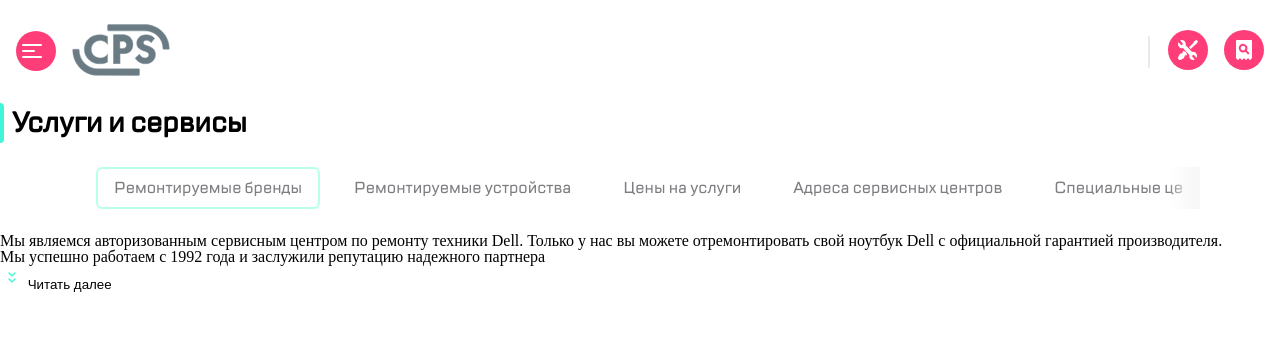
Repository: sem1103/bem
Page: index.html
The author's editor kept a copy of each file at every save. The page is drawn from the files as they stood at one save, then again after the next save.
The browser window is 1280 px wide. The pictures show the whole page.

Above is the page before, as saved 2023-12-27 18:26:24.

### index.html
<!DOCTYPE html>
<html lang="en">
<head>
    <meta charset="UTF-8">
    <meta name="viewport" content="width=device-width, initial-scale=1.0">
    <title>CPS</title>
    <link rel="stylesheet" href="styles/reset.css">
    <link rel="stylesheet" href="styles/main.css">
</head>
<body>
    <div id="page" >
        <header>
            <nav>
                <div class="burger">
                    <button class="burger__btn ">
                        <span></span>
                        <span></span>
                        <span></span>
                    </button>
                </div>

                <div class="burger-menu">

                    <ul class="burger-menu__list">
                        <li><a href="">Главная</a></li>
                        <li><a href="">Услуги и сервисы</a></li>
                        <li><a href="">Контакты</a></li>
                        <li><a href="">
                            <svg xmlns="http://www.w3.org/2000/svg" width="40" height="40" viewBox="0 0 40 40" fill="none">
                                <rect width="40" height="40" rx="20" fill="#FF3E79"/>
                                <path fill-rule="evenodd" clip-rule="evenodd" d="M12.7602 23.25L15.3002 22.96C15.9102 22.89 16.5102 23.1 16.9402 23.53L18.7802 25.37C21.6102 23.93 23.9302 21.62 25.3702 18.78L23.5202 16.93C23.0902 16.5 22.8802 15.9 22.9502 15.29L23.2402 12.77C23.3602 11.76 24.2102 11 25.2302 11H26.9602C28.0902 11 29.0302 11.94 28.9602 13.07C28.4302 21.61 21.6002 28.43 13.0702 28.96C11.9402 29.03 11.0002 28.09 11.0002 26.96V25.23C10.9902 24.22 11.7502 23.37 12.7602 23.25Z" fill="white"/>
                              </svg>
                        </a></li>
                        <li><a href="">
                            <svg xmlns="http://www.w3.org/2000/svg" width="40" height="40" viewBox="0 0 40 40" fill="none">
                                <rect width="40" height="40" rx="20" fill="#FF3E79"/>
                                <path fill-rule="evenodd" clip-rule="evenodd" d="M28 11H12C10.9 11 10.01 11.9 10.01 13L10 31L14 26H28C29.1 26 30 25.1 30 24V13C30 11.9 29.1 11 28 11ZM21 22H15C14.45 22 14 21.55 14 21C14 20.45 14.45 20 15 20H21C21.55 20 22 20.45 22 21C22 21.55 21.55 22 21 22ZM25 17H15C14.45 17 14 16.55 14 16C14 15.45 14.45 15 15 15H25C25.55 15 26 15.45 26 16C26 16.55 25.55 17 25 17Z" fill="white"/>
                                <mask id="mask0_0_1880" style="mask-type:luminance" maskUnits="userSpaceOnUse" x="10" y="11" width="20" height="20">
                                  <path fill-rule="evenodd" clip-rule="evenodd" d="M28 11H12C10.9 11 10.01 11.9 10.01 13L10 31L14 26H28C29.1 26 30 25.1 30 24V13C30 11.9 29.1 11 28 11ZM21 22H15C14.45 22 14 21.55 14 21C14 20.45 14.45 20 15 20H21C21.55 20 22 20.45 22 21C22 21.55 21.55 22 21 22ZM25 17H15C14.45 17 14 16.55 14 16C14 15.45 14.45 15 15 15H25C25.55 15 26 15.45 26 16C26 16.55 25.55 17 25 17Z" fill="white"/>
                                </mask>
                                <g mask="url(#mask0_0_1880)">
                                </g>
                              </svg>
                        </a></li>
                        <li><a href="">
                            <svg xmlns="http://www.w3.org/2000/svg" width="40" height="40" viewBox="0 0 40 40" fill="none">
                                <rect width="40" height="40" rx="20" fill="#FF3E79"/>
                                <path d="M20.5 19C22.9853 19 25 16.9853 25 14.5C25 12.0147 22.9853 10 20.5 10C18.0147 10 16 12.0147 16 14.5C16 16.9853 18.0147 19 20.5 19Z" fill="white"/>
                                <path d="M10.0166 26.6118C9.88693 27.3412 10.5352 28 11.339 28H28.6604C29.4902 28 30.1125 27.3412 29.9829 26.6118C29.2309 22.4 25.0561 20 19.9997 20C14.9433 20 10.7686 22.4 10.0166 26.6118Z" fill="white"/>
                              </svg>
                        </a></li>
                    </ul>
                </div>

                <div class="logo">
                    <svg class="logo__item" xmlns="http://www.w3.org/2000/svg" width="98" height="52" viewBox="0 0 98 52" fill="none">
                        <path fill-rule="evenodd" clip-rule="evenodd" d="M36.5703 0.592529C36.018 0.592529 35.5703 1.04024 35.5703 1.59253V5.86748C35.5703 6.41977 36.018 6.86748 36.5703 6.86748H72.8973C83.0242 6.86748 90.9777 14.6641 90.9777 24.757C90.9777 25.0425 91.2092 25.274 91.4948 25.274H96.757C97.0425 25.274 97.274 25.0425 97.274 24.757C97.274 11.2677 86.432 0.592529 72.8973 0.592529H36.5703Z" fill="#6B7B84" stroke="#80949F" stroke-width="0.5"/>
                        <path fill-rule="evenodd" clip-rule="evenodd" d="M7.10682 25.7122C7.10682 25.4702 6.91059 25.2739 6.66853 25.2739H1.16436C0.922303 25.2739 0.726074 25.4702 0.726074 25.7122C0.726074 39.3616 10.9493 50.6311 24.1687 51.3686L66.5104 51.4064C67.063 51.4069 67.5113 50.959 67.5113 50.4064V45.8267C67.5113 45.2745 67.0635 44.8267 66.5113 44.8267H25.6265C15.3903 44.7984 7.10682 36.283 7.10682 25.7122Z" fill="#6B7B84" stroke="#80949F" stroke-width="0.5"/>
                        <path fill-rule="evenodd" clip-rule="evenodd" d="M28.1415 39.7924C30.8803 39.7924 33.1616 39.2603 35.4149 38.1655L35.5704 38.0199V30.1855L34.7273 31.2649C33.1049 33.0378 30.9259 34.0137 28.4608 34.0137C23.8692 34.0137 19.2575 31.0459 19.2575 25.3738C19.2575 21.0874 22.4381 16.532 28.2993 16.532C29.4688 16.532 32.313 16.8085 34.7232 19.368L35.5704 20.4117V12.6127L35.4218 12.4653C33.1258 11.3147 30.7843 10.7554 28.1137 10.7554C23.5467 10.7554 19.9821 11.9577 17.1438 14.4289C15.3435 15.9777 12.3408 19.4485 12.3408 25.2923C12.3408 29.6131 13.8793 32.9875 17.1669 35.9144C20.2252 38.5962 23.6163 39.7924 28.1415 39.7924Z" fill="#6B7B84"/>
                        <path d="M28.1415 39.7924C30.8803 39.7924 33.1616 39.2603 35.4149 38.1655L35.5704 38.0199V30.1855L34.7273 31.2649C33.1049 33.0378 30.9259 34.0137 28.4608 34.0137C23.8692 34.0137 19.2575 31.0459 19.2575 25.3738C19.2575 21.0874 22.4381 16.532 28.2993 16.532C29.4688 16.532 32.313 16.8085 34.7232 19.368L35.5704 20.4117V12.6127L35.4218 12.4653C33.1258 11.3147 30.7843 10.7554 28.1137 10.7554C23.5467 10.7554 19.9821 11.9577 17.1438 14.4289C15.3435 15.9777 12.3408 19.4485 12.3408 25.2923C12.3408 29.6131 13.8793 32.9875 17.1669 35.9144C20.2252 38.5962 23.6163 39.7924 28.1415 39.7924" stroke="#80949F" stroke-width="0.5"/>
                        <path fill-rule="evenodd" clip-rule="evenodd" d="M47.9111 17.2888H49.2755C50.5269 17.2888 51.9533 17.3571 53.0328 18.093C53.56 18.4695 54.4445 19.3412 54.4445 20.9246C54.4445 22.0946 53.9274 23.1437 53.0734 23.7984C51.9783 24.5932 50.6768 24.5476 49.6309 24.5476H47.9111V17.2888ZM50.977 29.8179C54.2084 29.8179 56.7377 28.8858 58.4943 27.1298C60.655 24.9735 60.9779 22.0073 60.9779 20.4435C60.9779 18.7703 60.5813 15.5066 57.9212 13.1435C55.7407 11.2328 53.4142 10.7554 50.1324 10.7554H41.3779V39.7924H48.0365V29.8179H50.977Z" fill="#6B7B84"/>
                        <path d="M47.9111 17.2888V17.0388H47.6611V17.2888H47.9111ZM53.0328 18.093L53.1782 17.8895L53.1736 17.8864L53.0328 18.093ZM53.0734 23.7984L53.2203 24.0007L53.2254 23.9968L53.0734 23.7984ZM47.9111 24.5476H47.6611V24.7976H47.9111V24.5476ZM58.4943 27.1298L58.3177 26.9529L58.3175 26.953L58.4943 27.1298ZM57.9212 13.1435L58.0872 12.9566L58.086 12.9555L57.9212 13.1435ZM41.3779 10.7554V10.5054H41.1279V10.7554H41.3779ZM41.3779 39.7924H41.1279V40.0424H41.3779V39.7924ZM48.0365 39.7924V40.0424H48.2865V39.7924H48.0365ZM48.0365 29.8179V29.5679H47.7865V29.8179H48.0365ZM47.9111 17.5388H49.2755V17.0388H47.9111V17.5388ZM49.2755 17.5388C50.5326 17.5388 51.8839 17.6123 52.892 18.2995L53.1736 17.8864C52.0227 17.1019 50.5212 17.0388 49.2755 17.0388V17.5388ZM52.8875 18.2964C53.3751 18.6447 54.1945 19.4495 54.1945 20.9246H54.6945C54.6945 19.233 53.7448 18.2943 53.1782 17.8895L52.8875 18.2964ZM54.1945 20.9246C54.1945 22.0205 53.7107 22.9948 52.9213 23.5999L53.2254 23.9968C54.1441 23.2926 54.6945 22.1687 54.6945 20.9246H54.1945ZM52.9265 23.596C51.9091 24.3345 50.6971 24.2976 49.6309 24.2976V24.7976C50.6564 24.7976 52.0475 24.8519 53.2202 24.0007L52.9265 23.596ZM49.6309 24.2976H47.9111V24.7976H49.6309V24.2976ZM48.1611 24.5476V17.2888H47.6611V24.5476H48.1611ZM50.977 30.0679C54.2568 30.0679 56.8563 29.1207 58.671 27.3066L58.3175 26.953C56.6191 28.6509 54.1599 29.5679 50.977 29.5679V30.0679ZM58.6709 27.3068C60.9029 25.0793 61.2279 22.0287 61.2279 20.4435H60.7279C60.7279 21.9859 60.407 24.8678 58.3177 26.9529L58.6709 27.3068ZM61.2279 20.4435C61.2279 18.7422 60.8263 15.3898 58.0872 12.9566L57.7552 13.3304C60.3363 15.6233 60.7279 18.7983 60.7279 20.4435H61.2279ZM58.086 12.9555C55.84 10.9874 53.4417 10.5054 50.1324 10.5054V11.0054C53.3867 11.0054 55.6415 11.4782 57.7564 13.3315L58.086 12.9555ZM50.1324 10.5054H41.3779V11.0054H50.1324V10.5054ZM41.1279 10.7554V39.7924H41.6279V10.7554H41.1279ZM41.3779 40.0424H48.0365V39.5424H41.3779V40.0424ZM48.2865 39.7924V29.8179H47.7865V39.7924H48.2865ZM48.0365 30.0679H50.977V29.5679H48.0365V30.0679Z" fill="#80949F"/>
                        <path fill-rule="evenodd" clip-rule="evenodd" d="M80.953 24.4687C79.5053 23.1861 77.4846 22.4425 75.1911 21.6713C73.5569 21.1027 72.6565 20.7894 72.0562 20.2421C71.5824 19.8399 71.3712 19.4033 71.3712 18.8262C71.3712 17.5622 72.2301 16.2113 74.6414 16.2113C76.2801 16.2113 77.6521 16.912 78.7197 18.293L79.1435 18.8414L82.6597 14.3656L82.3392 14.0445C80.1886 11.8924 77.3548 10.7554 74.1439 10.7554C67.6657 10.7554 64.7658 14.9699 64.7658 19.1468C64.7658 21.3882 65.5651 23.196 67.1367 24.5175C68.5437 25.7234 70.2595 26.3991 71.9054 26.9507L72.0914 27.0123C73.553 27.4954 75.0646 27.9954 75.9674 28.8034C76.5955 29.3805 76.8754 30.0076 76.8754 30.8367C76.8754 32.7368 75.379 34.0137 73.152 34.0137C71.3916 34.0137 69.0735 33.1508 67.8471 30.7296L67.5263 30.0953L63.1558 34.1411L63.4135 34.5056C64.8079 36.4801 67.9545 39.7924 73.3594 39.7924C79.3191 39.7924 83.4817 35.9608 83.4817 30.4751C83.4817 27.3374 82.1051 25.4752 80.953 24.4687Z" fill="#6B7B84"/>
                        <path d="M80.953 24.4687C79.5053 23.1861 77.4846 22.4425 75.1911 21.6713C73.5569 21.1027 72.6565 20.7894 72.0562 20.2421C71.5824 19.8399 71.3712 19.4033 71.3712 18.8262C71.3712 17.5622 72.2301 16.2113 74.6414 16.2113C76.2801 16.2113 77.6521 16.912 78.7197 18.293L79.1435 18.8414L82.6597 14.3656L82.3392 14.0445C80.1886 11.8924 77.3548 10.7554 74.1439 10.7554C67.6657 10.7554 64.7658 14.9699 64.7658 19.1468C64.7658 21.3882 65.5651 23.196 67.1367 24.5175C68.5437 25.7234 70.2595 26.3991 71.9054 26.9507L72.0914 27.0123C73.553 27.4954 75.0646 27.9954 75.9674 28.8034C76.5955 29.3805 76.8754 30.0076 76.8754 30.8367C76.8754 32.7368 75.379 34.0137 73.152 34.0137C71.3916 34.0137 69.0735 33.1508 67.8471 30.7296L67.5263 30.0953L63.1558 34.1411L63.4135 34.5056C64.8079 36.4801 67.9545 39.7924 73.3594 39.7924C79.3191 39.7924 83.4817 35.9608 83.4817 30.4751C83.4817 27.3374 82.1051 25.4752 80.953 24.4687" stroke="#80949F" stroke-width="0.5"/>
                      </svg>
                </div>

                <div class="right-nav">
                    <ul class="right-nav__list">
                        <li><a href="">
                            <svg xmlns="http://www.w3.org/2000/svg" width="40" height="40" viewBox="0 0 40 40" fill="none">
                                <rect width="40" height="40" rx="20" fill="#FF3E79"/>
                                <path d="M18.2581 23.4583L18.6668 23.0494L16.95 21.3322L16.5412 21.7411L16.3368 21.5367C16.0098 21.1687 15.6828 20.9643 15.3558 21.0052C15.1105 21.0052 14.9061 21.1687 14.7426 21.414C14.4973 21.8229 14.62 22.2726 14.6608 22.5588C14.6608 22.6406 14.7017 22.6815 14.7017 22.7632C14.7017 22.8859 14.7017 23.0494 14.4156 23.0903C14.0068 23.213 13.4754 23.3356 12.944 23.6218C12.2082 24.0307 11.7176 24.3987 11.4315 24.7666C9.91902 26.7291 10.0008 28.4055 10.0008 28.4872C10.0008 28.6099 10.0417 28.6917 10.1234 28.7325L11.2271 29.8773C11.3089 29.9591 11.3906 30 11.4724 30C11.4724 30 11.5133 30 11.595 30C12.0038 30 13.4754 29.9182 15.1922 28.569C15.5601 28.2828 15.928 27.7922 16.3368 27.0562C16.623 26.5656 16.7865 26.0341 16.8682 25.5844C16.95 25.2982 17.0726 25.2982 17.1953 25.2982C17.2361 25.2982 17.3179 25.339 17.3996 25.339C17.5631 25.3799 17.7267 25.4208 17.931 25.4208C18.1354 25.4208 18.3398 25.3799 18.5442 25.2573C18.7895 25.0937 18.953 24.8893 18.9939 24.644C19.0347 24.3169 18.8712 23.9898 18.5033 23.7036L18.2581 23.4583Z" fill="white"/>
                                <path d="M26.884 14.8784L28.0188 14.326C28.0609 14.2835 28.1449 14.241 28.1869 14.1986L29.9101 11.8616C30.0362 11.6916 30.0362 11.4367 29.8681 11.3092L28.6913 10.1195C28.5652 9.99199 28.313 9.9495 28.1449 10.077L25.8333 11.8191C25.7913 11.8616 25.7493 11.9041 25.7072 11.989L25.1609 13.1363L21 17.2154L22.7652 19L26.884 14.8784Z" fill="white"/>
                                <path d="M27.8527 23.0448C26.8636 22.0036 25.4393 21.6288 24.0941 22.0036L17.6453 15.1733C17.7244 14.7985 17.764 14.4653 17.764 14.0905C17.764 13.0493 17.3683 12.0081 16.6166 11.2167C15.588 10.0923 14.045 9.71742 12.6207 10.2172C12.5416 10.2588 12.4229 10.3838 12.3833 10.5504C12.3833 10.6753 12.4229 10.8003 12.502 10.9252L14.4406 12.966C14.8758 13.4241 14.8758 14.2154 14.4406 14.6735C14.0054 15.1317 13.2537 15.1317 12.8185 14.6735L10.8799 12.6328C10.7612 12.5495 10.6425 12.5078 10.4843 12.5495C10.3656 12.5495 10.2469 12.6744 10.2073 12.7994C9.73256 14.2571 10.0886 15.8813 11.1173 16.9642C11.8294 17.7555 12.8581 18.172 13.8867 18.172C14.2032 18.172 14.5593 18.1303 14.8758 18.047L21.3642 24.8773C21.0082 26.2933 21.4038 27.7927 22.3533 28.8339C23.105 29.6252 24.0546 30 25.0832 30C25.5184 30 25.914 29.9167 26.3492 29.7918C26.4679 29.7501 26.5866 29.6252 26.6262 29.5002C26.6658 29.3753 26.6262 29.2087 26.5075 29.1254L24.5689 27.0846C24.3711 26.8764 24.2128 26.5432 24.2128 26.21C24.2128 25.8768 24.3315 25.5853 24.5689 25.3354C24.8063 25.0855 25.0832 24.9606 25.3997 24.9606C25.7162 24.9606 25.9932 25.0855 26.2306 25.3354L28.1692 27.3762C28.2879 27.4595 28.4065 27.5011 28.5252 27.5011C28.6439 27.4595 28.7626 27.3762 28.8022 27.2512C28.9209 26.8348 29 26.3766 29 25.9185C29 24.8356 28.6044 23.7944 27.8527 23.0448Z" fill="white"/>
                              </svg>
                        </a></li>

                        <li><a href="">
                            <svg xmlns="http://www.w3.org/2000/svg" width="40" height="40" viewBox="0 0 40 40" fill="none">
                                <rect width="40" height="40" rx="20" fill="#FF3E79"/>
                                <path fill-rule="evenodd" clip-rule="evenodd" d="M12 11C12 10.4477 12.4477 10 13 10H27C27.5523 10 28 10.4477 28 11V28.5C27.1716 28.5 26.5 29.1715 26.5 29.9999H25.5C25.5 29.1715 24.8284 28.5 24 28.5C23.1716 28.5 22.5 29.1715 22.5 29.9999H21.5C21.5 29.1715 20.8284 28.5 20 28.5C19.1716 28.5 18.5 29.1715 18.5 29.9999H17.5C17.5 29.1715 16.8284 28.5 16 28.5C15.1716 28.5 14.5 29.1715 14.5 29.9999H13.5C13.5 29.1715 12.8284 28.5 12 28.5V11ZM21.4163 21.7884C20.5536 22.3443 19.4703 22.5936 18.3296 22.3827C16.5274 22.0472 15.0895 20.5326 14.8595 18.7114C14.4952 15.8261 16.9492 13.4201 19.8538 13.8802C21.656 14.1677 23.1034 15.6439 23.4006 17.4365C23.5828 18.5484 23.3239 19.5741 22.7871 20.4272L24.896 22.5265C25.2699 22.9003 25.2699 23.5138 24.896 23.8876C24.5126 24.2711 23.8991 24.2711 23.5252 23.8972L21.4163 21.7884ZM16.7058 18.0588C16.7058 16.7599 17.7599 15.7058 19.0588 15.7058C20.3576 15.7058 21.4117 16.7599 21.4117 18.0588C21.4117 19.3576 20.3576 20.4117 19.0588 20.4117C17.7599 20.4117 16.7058 19.3576 16.7058 18.0588Z" fill="white"/>
                              </svg>
                        </a></li>
                    </ul>
                </div>
            </nav>
        </header>

        <main >
            <div class="title">
                <h1>
                    Услуги и сервисы
                </h1>
                <ul class="title__nav">
                    <li><a href=""></a></li>
                    <li><a href=""></a></li>
                </ul>
            </div>



            <div class="navigation container">
                <ul class="navigation__list">
                    <li><button class="navigation__item navigation__item_active">Ремонтируемые бренды</button></li>
                    <li><button class="navigation__item">Ремонтируемые устройства</button></li>
                    <li><button class="navigation__item">Цены на услуги</button></li>
                    <li><button class="navigation__item">Адреса сервисных центров</button></li>
                    <li><button class="navigation__item">Специальные цены</button></li>
                </ul>
            </div>

            <section class="content">
                <div class="content__text">
                    <p>Мы являемся авторизованным сервисным центром по ремонту техники Dell. Только у нас вы можете отремонтировать свой ноутбук Dell с официальной гарантией производителя.</p>
                    <p>
                        Мы успешно работаем с 1992 года и заслужили репутацию надежного партнера
                    </p>

                    <button class="content__more">
                        <svg xmlns="http://www.w3.org/2000/svg" width="24" height="24" viewBox="0 0 24 24" fill="none">
                            <path fill-rule="evenodd" clip-rule="evenodd" d="M14.5001 7.50008L12.0001 10.0001L9.50008 7.50008C9.22393 7.22393 8.77622 7.22393 8.50008 7.50008C8.22393 7.77622 8.22393 8.22393 8.50008 8.50008L11.293 11.293C11.6835 11.6835 12.3167 11.6835 12.7072 11.293L15.5001 8.50008C15.7762 8.22393 15.7762 7.77622 15.5001 7.50008C15.2239 7.22393 14.7762 7.22393 14.5001 7.50008ZM14.5001 13.5001L12.0001 16.0001L9.50008 13.5001C9.22393 13.2239 8.77622 13.2239 8.50008 13.5001C8.22393 13.7762 8.22393 14.2239 8.50008 14.5001L11.293 17.293C11.6835 17.6835 12.3167 17.6835 12.7072 17.293L15.5001 14.5001C15.7762 14.2239 15.7762 13.7762 15.5001 13.5001C15.2239 13.2239 14.7762 13.2239 14.5001 13.5001Z" fill="#41F6D7"/>
                          </svg>
                          Читать далее
                    </button>
                </div>

            </section>
        </main>

        <footer></footer>
    </div>
</body>
</html>

### styles/reset.css
:root{
    --green: #57aa32;
    --gray: #2e2d2c;
}
html{
    scroll-behavior: smooth;
}
html,
body,
div,
span,
applet,
object,
iframe,
h1,
h2,
h3,
h4,
h5,
h6,
p,
blockquote,
pre,
a,
abbr,
acronym,
address,
big,
cite,
code,
del,
dfn,
em,
img,
ins,
kbd,
q,
s,
samp,
small,
strike,
strong,
sub,
sup,
tt,
var,
b,
u,
i,
center,
dl,
dt,
dd,
ol,
ul,
li,
fieldset,
form,
label,
legend,
table,
caption,
tbody,
tfoot,
thead,
tr,
th,
td,
article,
aside,
canvas,
details,
embed,
figure,
figcaption,
footer,
header,
hgroup,
menu,
nav,
output,
ruby,
section,
summary,
time,
mark,
audio,
video {
    margin: 0;
    padding: 0;
    border: 0;
    font-size: 100%;
    font: inherit;
    vertical-align: baseline
}

article,
aside,
details,
figcaption,
figure,
footer,
header,
hgroup,
menu,
nav,
section {
    display: block
}

body {
    line-height: 1;
}

ol,
ul {
    list-style: none
}

blockquote,
q {
    quotes: none
}

blockquote:before,
blockquote:after,
q:before,
q:after {
    content: '';
    content: none
}

table {
    border-collapse: collapse;
    border-spacing: 0
}

a {
    text-decoration: none;
    color: #365edc;
    transition: all .3s ease-in-out
}

a:hover {
    color: #365edc;
}

* {
    box-sizing: border-box
}

main img{
    width: 100%;
    height: auto;
}

### styles/main.css
:root{
    --pink: #FF3E79;
}
@font-face {
    font-family: 'TT Lakes Medium';
    src: url('../fonts/TTLakes-Medium.eot');
    src: url('../fonts/TTLakes-Medium.eot?#iefix') format('embedded-opentype'),
    url('../fonts/TTLakes-Medium.woff') format('woff'),
    url('../fonts/TTLakes-Medium.ttf') format('truetype');
    font-weight: normal;
    font-style: normal;
    }
h1{
    font:700 28px/40px 'TT Lakes Medium';
    position: relative;
    padding: 0 0 0 12px;
}
h1::before{
    content: '';
    position: absolute;
    width: 4px;
    height: 100%;
    left: 0;
    background: #41F6D7;
    border-radius: 0 5px 5px 0;
}
.container{
    max-width: 1120px;
    margin: 0 auto;
    padding: 0 16px;
}
header{
    position: relative;
    padding: 24px 16px;
}
nav{
    display: flex;
    align-items: center;
}
nav > div:last-child{
    margin: 0 0 0 auto;
}
.burger-menu{
    position: absolute;
    left: -300%;
}
.burger__btn{
    width: 40px;
    height: 40px;
    background: var(--pink);
    border: 0;
    border-radius: 50%;
    position: relative;
    cursor: pointer;
    margin: 0 16px 0 0;
}
.burger__btn span{
    display: block;
    width: 20px;
    height: 2px;
    background: #fff;
    border-radius: 5px;
    position: absolute;
    top: 50%;
    transform: translate(0, -50%);
}
.burger__btn span:first-child{
    top: 35%;
}
.burger__btn span:nth-child(2){
    width: 13px;
}
.burger__btn span:last-child{
    top: 65%;
}

.right-nav__list{
    display: flex;
    gap: 16px;
    position: relative;
}
.logo__item{
    position: relative;
}
.right-nav__list::before{
    content: "";
    position: absolute;
    left: -20px;
    height: 32px;
    top: 50%;
    transform: translateY(-50%);
    width: 2px;
    border-radius: 1px;
    background-color: #EAEAEA;
}
.navigation{
    position: relative;
}
.navigation__list{
    display: flex;
    overflow: auto;
    gap: 16px;
    margin: 24px 0;
}
.navigation::after{
    content: '';
    width: 32px;
    height: 100%;
    position: absolute;
    right: 0;
    top: 0;
    background: linear-gradient(270deg, #F8F8F8 16.84%, rgba(248, 248, 248, 0.00) 100%);}
.navigation__item{
    color: #7E7E82;
    font: 500 16px 'TT Lakes Medium';
    background-color: #fff;
    padding: 8px 16px;
    white-space: nowrap;
    border: 2px solid transparent;
    border-radius: 6px;
    transition: all .3s ease-in-out;
}
.navigation__item_active{
    border-color: #B8FFEC;
}

.content__more{
    background-color: transparent;
    border: 0;
    padding: 0;
}

After the next save:
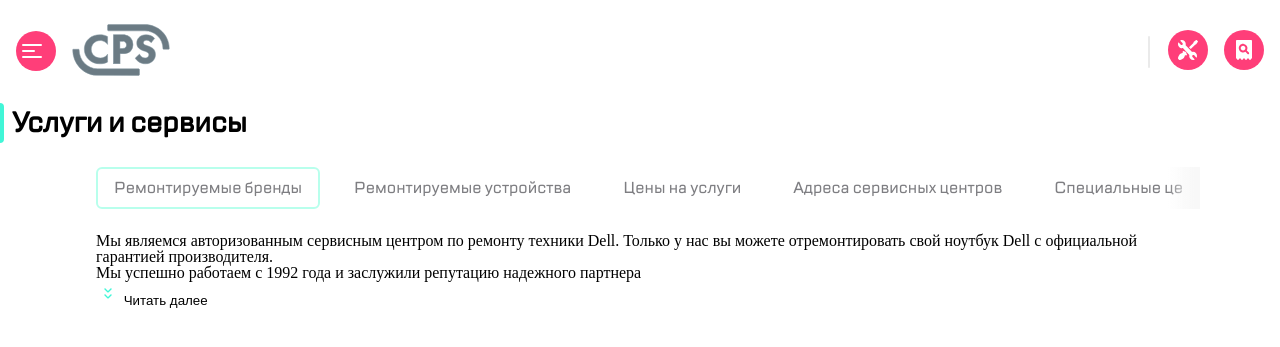
Saved 30 s later.
--- a/index.html
+++ b/index.html
@@ -110,7 +110,7 @@
                 </ul>
             </div>
 
-            <section class="content">
+            <section class="content container">
                 <div class="content__text">
                     <p>Мы являемся авторизованным сервисным центром по ремонту техники Dell. Только у нас вы можете отремонтировать свой ноутбук Dell с официальной гарантией производителя.</p>
                     <p>
